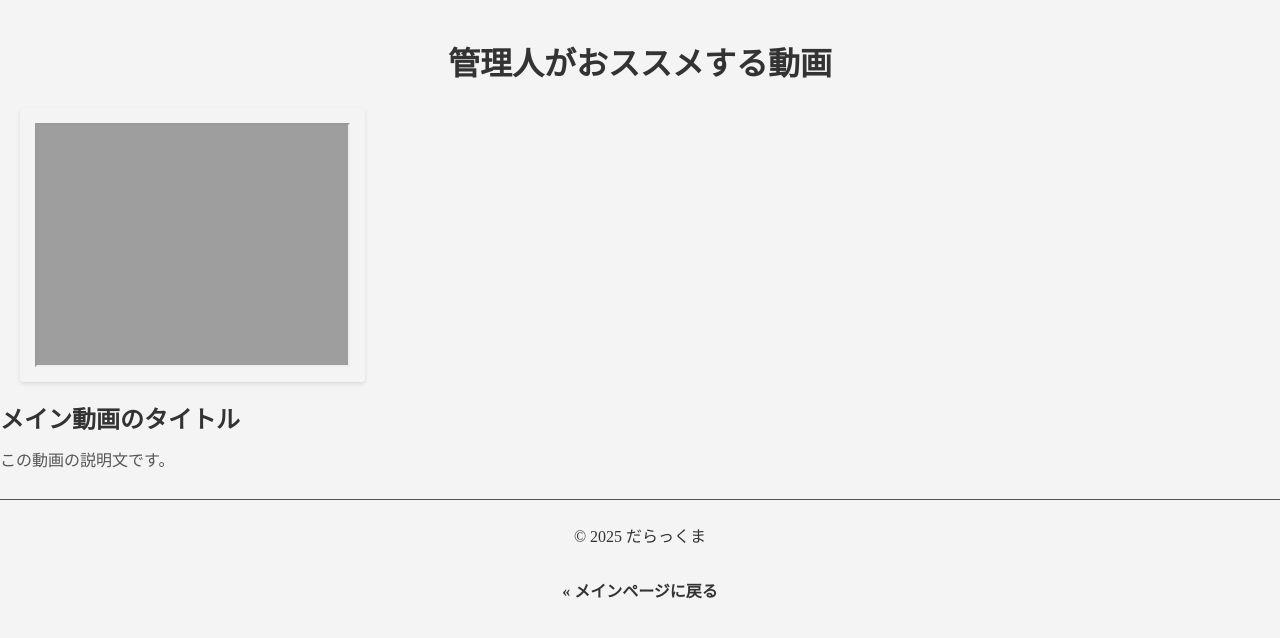
Repository: rydeen7907/html
Page: movie_link.html
The author's editor kept a copy of each file at every save. The page is drawn from the files as they stood at one save, then again after the next save.
The browser window is 1280 px wide. The pictures show the whole page.
Pictures or frames that could not be fetched are drawn as grey boxes.

Above is the page before, as saved 2025-04-29 17:54:33.

### movie_link.html
<!DOCTYPE html>
<html lang="ja">
<head>
    <meta charset="UTF-8">
    <meta name="viewport" content="width=device-width, initial-scale=1.0">
    <title>運営者お気に入りの動画リンク</title>
    <link rel="stylesheet" href="style.css">
</head>
<body>

<header>
    <h1>管理人がおススメする動画</h1>
</header>

<div class="video-item">
    <iframe width="360" height="240" src="https://www.youtube.com/embed/VIDEO_ID" allowfullscreen></iframe>
</div>
<div class="video-info">
    <div class="video-title">メイン動画のタイトル</div>
    <div class="video-description">この動画の説明文です。</div>
</div>

<footer class="social-links">
    <p>&copy; 2025 だらっくま</p>
    <a href="index.html">&laquo; メインページに戻る</a>
</footer>

</body>
</html>

### style.css
/* 基本スタイル */
:root {
    /* 色の設定 */
    --text-color-dark: #333; /*  */
    --text-color-light: #555; /*  */
    --background-color: #f4f4f4; /*  */
    --background-color-scroll: aqua; /*  */
    --link-color: #333; /* リンクの色 */
    --link-color-hover: #ff8000; /* ホバー時のリンク色 */

/* タイポグラフィ */
    --font-family: Arial, sans-serif; /* フォントファミリー */
    --line-height-base: 1.5; /* 行間を調整 (例：1.5倍 px,%,emでも可能) */
    --font-size-small: 12px; /* フォントサイズを小さく */
    --font-size-base: 16px; /* 基本フォントサイズ */
    --font-size-large: 24px; /* 大きなフォントサイズ */
    --font-size-xlarge: 32px; /* 特大フォントサイズ */

/* 余白 */
    --margin-xs: 5px; /* 小さなマージン */
    --margin-s: 10px; /* 基本マージン */
    --margin-m: 15px; /* 中くらいのマージン */
    --margin-l: 20px; /* 大きなマージン */
    --margin-xl: 25px; /* 特大マージン */
    --margin-xxl: 40px; /* 特特大マージン */
    --margin-xxxl: 50px; /* 特特特大マージン */
}

body {
    margin: 0; /* ブラウザデフォルトのマージンをリセット */
    padding: 0; /* ブラウザデフォルトのパディングをリセット */
    padding-bottom: var(--margin-xxxl); /* ページ下部のパディングを追加 */
    font-family: var(--font-size-base);
    line-height: var(--line-height-base); /* 行間を読みやすく調整 (例：2.0倍 px,%,emでも可能) */
    color: var(--text-color-dark); /* 文字色を濃いグレーに設定 */
    background-color: var(--background-color); /* 背景色を薄いグレーに設定 */
}

/* ヘッダー */
.header-image {
    display: block; /* 中央配置のためブロック要素に */
    width: 100%;
    /* max-width: auto; は width: 100%; があれば不要 */
    height: 400px;
    margin: 0 auto; /* 上下のマージンは０、左右は自動で中央揃え */
    object-fit: cover; /* 画像のアスペクト比を維持、要素に合わせる */
}

/* 画像の説明文 */
.image-caption {
    padding-top: var(--margin-xs); /* 上部のパディングを追加 */
    padding-bottom: var(--margin-xs); /* 下部のパディングを追加 */
    padding-left: var(--margin-m);    /* 左側のパディングを追加 */
    padding-right: var(--margin-m); /* 右側のパディングを追加 */

    margin-top: var(--margin-xs); /* 上部のマージンを追加 */
    margin-bottom: var(--margin-xl); /* 下部のマージンを追加 */
    font-size: var(--font-size-small); /* フォントサイズを小さく */
    color: var(--text-color-light); /* 文字色を薄いグレーに */
    text-align: right; /* 右寄せ */
}

/* 画像キャプション内のリンク */
.image-caption a {
    color: inherit; /* リンクの色 */
    text-align: right;
    text-decoration: none; /* 下線を削除 */
}

.image-caption a:hover,
.image-caption a:focus {
    color: var(--link-color-hover); /* ホバー時のリンク色 */
    text-decoration: underline; /* 下線を追加 */
}

/* スクロールテキストコンテナ */
.scrolling-text-container {
    width: 100%; /* 幅 */
    height: 55px; /* 高さ */
    margin-bottom: var(--margin-xxl); /* 下部のマージンを追加 */
    padding-top: var(--margin-xs); /* 上部のパディングを追加 */
    padding-bottom: var(--margin-s); /* 下部のパディングを追加 */
    box-sizing: border-box; /* パディングとボーダーを含めたサイズ計算 */
    background-color: var(--background-color-scroll); /* 背景色をアクアに設定 */
    overflow: hidden; /* はみ出た部分を隠す */
}

/* スクロールテキスト */
.scrolling-text {
    display: inline-block; /* インラインブロック要素に設定 */
    margin: 0; /* コンテナ内でのマージンを削除 */
    padding-left: 100%; /* 開始位置を右側に設定 */
    font-size: var(--font-size-large); /* フォントサイズ */
    font-weight: bold; /* 太字に設定 */
    color: var(--text-color-dark); /* 文字色を濃いグレーに */
    white-space: nowrap; /* 折り返し禁止 */
    animation: scroll-left 25s linear infinite; /* アニメーションを適用 */
}

/* スクロールアニメーションの定義 */
@keyframes scroll-left {
    0% {
        transform: translateX(0); /* 開始位置 */
    }
    100% {
        /* テキスト自身の幅だけ左に移動させる */
        transform: translateX(-150%);
    }
}

/* メインコンテンツ */
h1 {
    margin: var(--margin-xxl) 0 var(--margin-l); /* 上下のマージンを追加 */
    font-size: var(--font-size-xlarge); /* フォントサイズ */
    font-weight: bold; /* 太字に設定 */
    text-align: center; /* 中央配置 */
    color: var(--text-color-dark); /* 文字色を濃いグレーに */
}

main h2 {
    margin-left: var(--margin-m); /* 左側のマージンを追加 */
    text-align: left; /* 左寄せ */
}

/* リンクリストのスタイル */
main .link-list {
    list-style: none;
    padding-left: 0;
    margin-left: var(--margin-s);
    text-align: left;
}

/* リストアイテム下の余白 */
main .link-list li {
    margin-bottom: var(--margin-xs); /* 各リンク間 縦方向の余白 */
}

/* 段落 p */
p {
    margin: var(--margin-m) 0 ; /* 上下のマージンを追加 */
    padding-bottom: var(--margin-s);
    text-align: center; /* 中央配置 */
    font-size: var(--font-size-base); /* フォントサイズ */
}

main p{
    margin-left: var(--margin-xxxl); /* 左側のマージンを追加 */
    text-align: left; /* 左寄せ */
    font-size: var(--font-size-base); /* フォントサイズ */
}

/* ページナビゲーション(横並び) */
.page-navigation {
    text-align: center; /* 中央配置 */
    margin-top: var(--margin-l);
    margin-bottom: var(--margin-l);
}

.page-navigation a {
    display: inline-block; /* インラインブロック要素に設定 */
    margin: 0 var(--margin-s); /* 左右のマージンを追加 */
    font-size: var(--font-size-base); /* フォントサイズ */
    font-weight: bold; /* 太字に設定 */
    /* text-align: center; /* 中央配置 */
    text-decoration: none; /* 下線を削除 */
    transition: color 0.3s; /* ホバー時の色変更にトランジションを追加 */
}

/* ホバー時のスタイル */
.page-navigation a:hover,
.page-navigation a:focus {
    color: var(--link-color-hover); /* ホバー時の文字色をオレンジに変更 */
    text-decoration: underline; /* 下線を追加 */
}

/* リンク a */
a {
    display: block;
    color: var(--link-color); /* 文字色を赤に */
    margin: var(--margin-s) auto; /* 上部のマージンを追加 */
    font-size: var(--font-size-base); /* フォントサイズ */
    font-weight: bold; /* 太字に設定 */
    text-align: left;
    text-decoration: none; /* 下線を削除 */
    transition: color 0.3s; /* ホバー時の色変更にトランジションを追加 */
}

/* ホバー時のスタイル */
a:hover,
a:focus { /* ホバーとフォーカス時に適用するスタイル */
    color: var(--link-color-hover); /* ホバー時の文字色をオレンジに変更 */
    text-decoration: underline; /* 下線を追加 */
}

/* SNS リンク */
.social-links {
    text-align: center;
    margin: var(--margin-xl) 0; /* 上下のマージンを追加 */
    padding-bottom: var(--margin-s); /* 上下のパディングを追加 */
    border-top: 1px solid var(--text-color-light); /* 上部に薄いグレーのボーダーを追加 */
    padding-top: var(--margin-s); /* 上部のパディングを追加 */
}

.social-links h2 {
    font-size: var(--font-size-base); /* フォントサイズ */
    color: var(--text-color-dark); /* 文字色を濃いグレーに */
    margin: var(--margin-s) 0; /* 上下のマージンを追加 */
    font-weight: normal; /* 太字に設定 */
}

.social-links ul {
    list-style: none; /* リストのマークを削除 */
    padding: 0; /* パディングを削除 */
    margin: 0; /* マージンを削除 */
}

.social-links li {
    display: inline-block; /* 横並び */
    margin: 0 var(--margin-s); /* 左右のマージンを追加 */
}

/* SNSリンク 固有のスタイル */
.social-links a {
    display: inline-block; /* クリック範囲を確保 */
    line-height: 1; /* 画像のベースラインを揃えるのに役立つ */
    /* color: var(--link-color); /* リンクの色 */
    text-decoration: none; /* 下線を削除 */
    /*font-size: var(--font-size-base); /* フォントサイズ */
    transition: opacity 0.5s; /* ホバー時の透明度変更 (テキスト：color 0.3s)*/
}

.social-icon {
    width: 48px; /* アイコンの幅 */
    height: 48px; /* アイコンの高さ */
    vertical-align: middle; /* 他のアイコンと並んだ場合の垂直配置を中央に */
    /*object-fit: cover; /* 画像のアスペクト比を維持、要素に合わせる */
}

/* ホバー時のスタイル */
.social-links a:hover,
.social-links a:focus {
    /* color: var(--link-color-hover); /* ホバー時の文字色をオレンジに変更 */
    /* text-decoration: underline; /* 下線を追加 */
    opacity: 0.7; /* ホバー時の透明度を変更 */
}

/* 動画コンテナのスタイル*/
.video-item {
    display: flex;
    align-items: flex-start;
    gap: 15px;
    margin: 20px; /* 上下左右のマージン 左右はautoで中央寄せ */
    max-width: 315px;
    padding: 15px; /* 内側の余白 */
    background-color: var(--background-color); /* 背景色を薄いグレーに設定 */
    border-radius: 4px; /* 角を丸める*/
    box-shadow: 0 2px 4px rgba(0, 0, 0, 0.1); /* 影を追加 */
}

/* 動画フレームのスタイル */
.video-frame {
    margin-bottom: 15px; /* 動画と情報の間隔 */
    /* width: 160px; /* サムネイルの幅*/
}

/* iframeのスタイル */
.video-flame iframe {
    width: 100%; /* .video-frame の幅に合わせる*/
    aspect-ratio: 16 / 9;
    display: block;
    border: none;
    border-radius: 5px;
}

.video-info{
    text-align: ri; /* 左寄せ */
}

/* 動画情報のスタイル */
.video-title .video-description {
    flex-grow: 1;
    text-align: left;
}

/* 動画タイトルのスタイル*/
.video-title {
    margin-top: 0;
    margin-bottom: 10px;
    font-size: 24px;
    font-weight: bold;
}

/* 動画説明文 */
.video-description {
    color: #555;
    font-size: 16px;
    line-height: 1.6;
}

/* レスポンシブ対応 */
@media (max-width: 315px) {
    .video-item {
        flex-direction: column;
        align-items: stretch;
        max-width: 100%;
        padding: 15px;
    }

    .video-frame {
        width: 100%;
    }


    .video-title {
        font-size: 16px;
    }

    .video-description {
        font-size: 14px;
    }
}

After the next save:
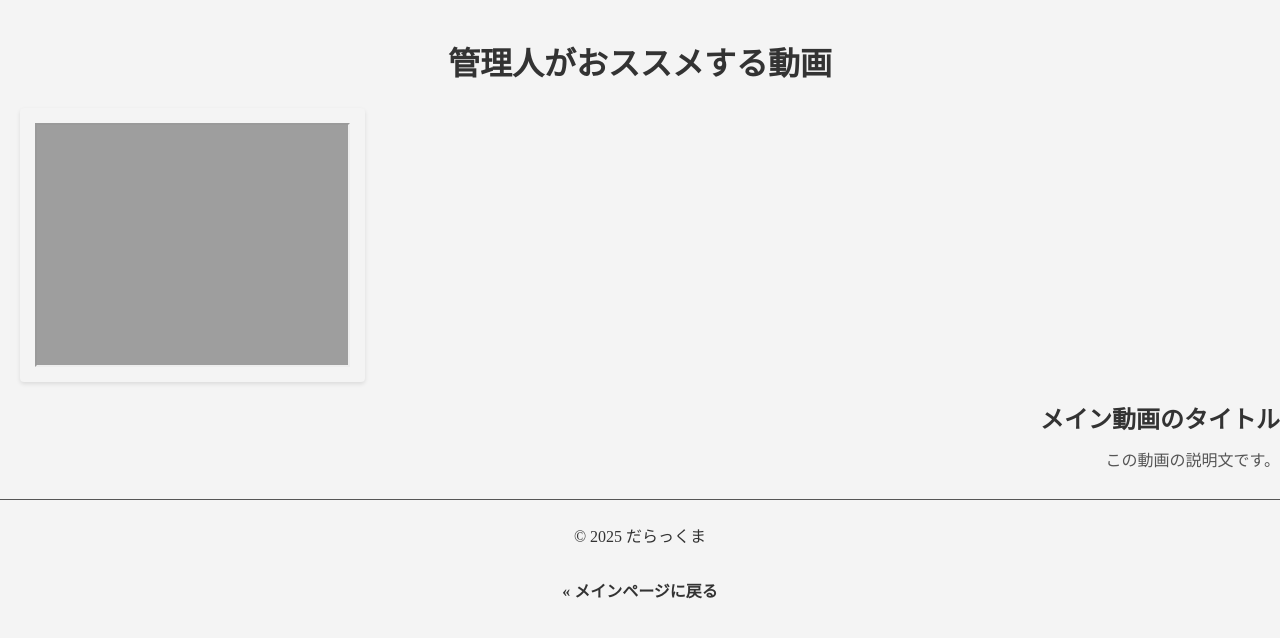
Saved 4 s later.
--- a/style.css
+++ b/style.css
@@ -273,7 +273,7 @@
 }
 
 .video-info{
-    text-align: ri; /* 左寄せ */
+    text-align: right; /* 左寄せ */
 }
 
 /* 動画情報のスタイル */

After the 2 saves that followed:
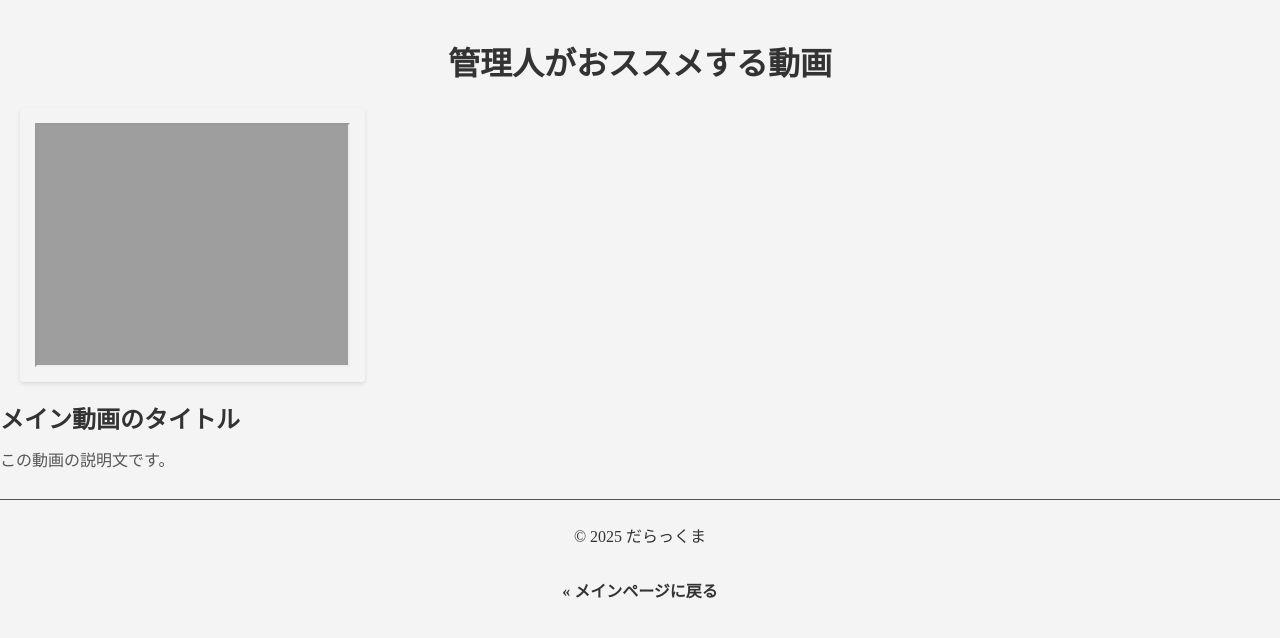
The 2 saves are shown as one change because 1 left the picture as it was.
The last was saved 38 s later.
--- a/style.css
+++ b/style.css
@@ -273,7 +273,7 @@
 }
 
 .video-info{
-    text-align: right; /* 左寄せ */
+    text-align: ;
 }
 
 /* 動画情報のスタイル */
